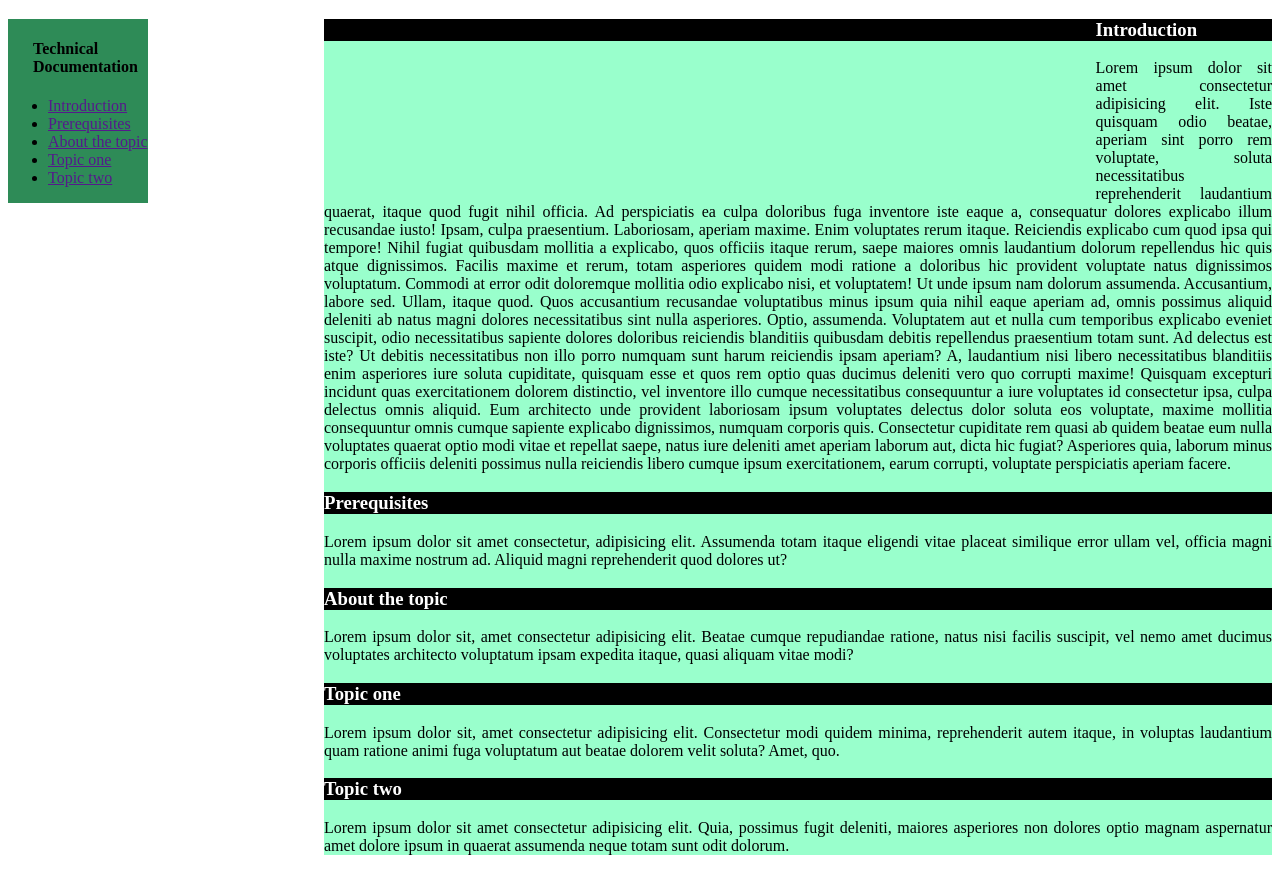
Repository: JoaoLemesDEV/Excercise-Tech-Documentation-Page
Page: index.html
An editor plug-in stored every save of this project. The page is shown before and after the next save, followed by the edit.
The browser window is 1280 px wide. The pictures show the whole page.

Above is the page before, as saved 2021-10-03 20:10:22.

After the next save:
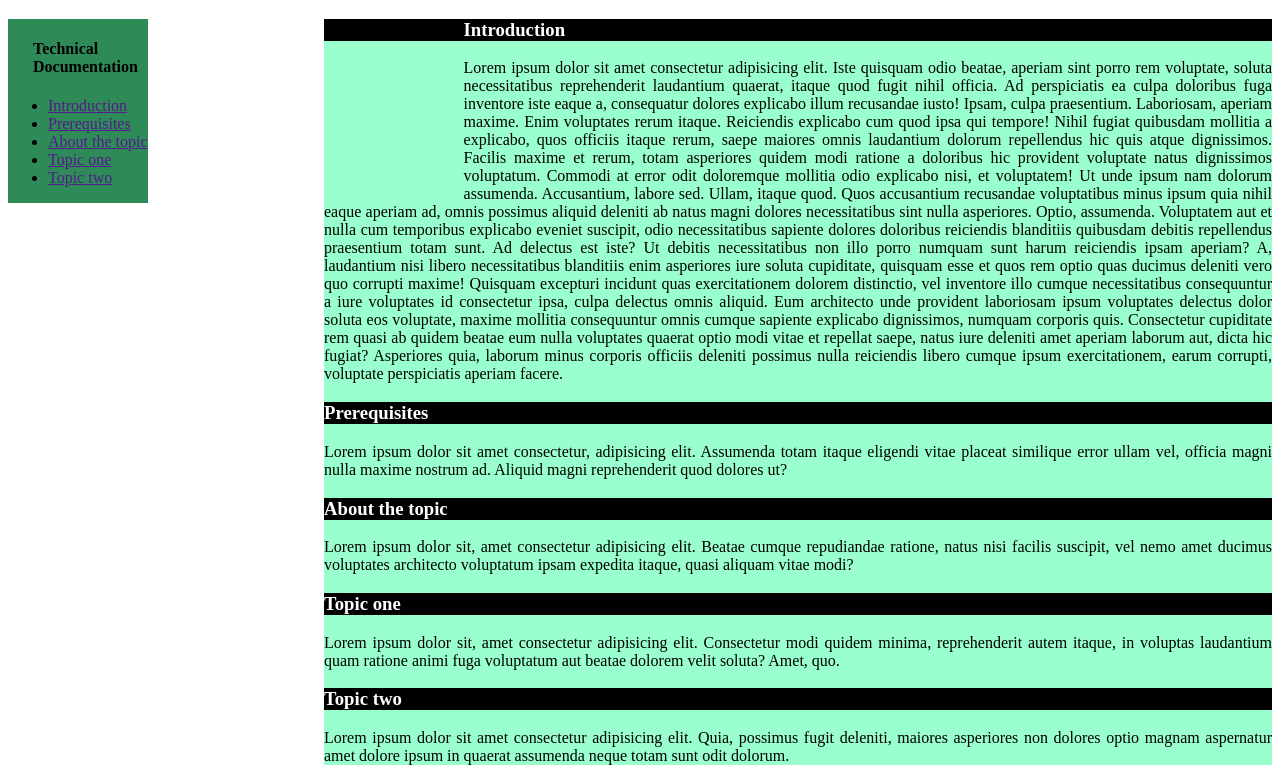
Saved 69 s later.
--- a/index.css
+++ b/index.css
@@ -1,7 +1,7 @@
 #menu{
 float: left;
 background-color: seagreen;
-margin-right: 75%;
+margin-right: 25%;
 }
 
 #menu h4{
